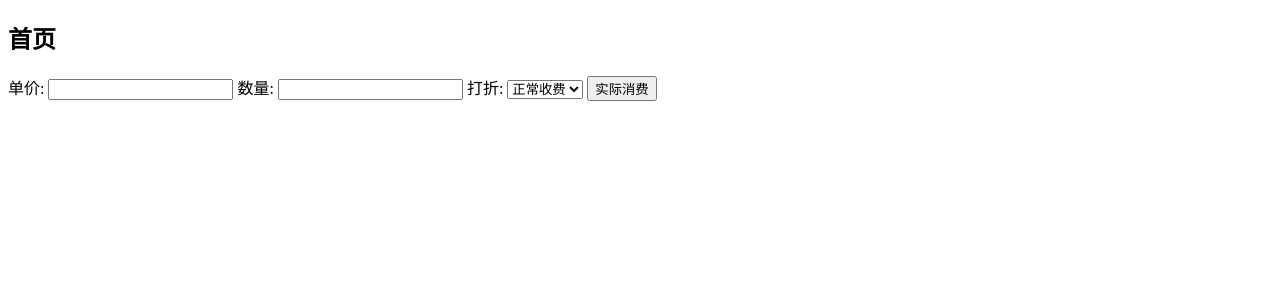
Repository: iamsongpeng/java-web-demo
Page: http://localhost/design_pattern/
These files come from the project's save history. The page is drawn as it stood at one moment and after the next save; the edit follows.
The browser window is 1280 px wide. The pictures show the whole page.
The page is served by Tomcat 9.

Above is the page before, as saved 2017-06-09 15:57:40.

After the next save:
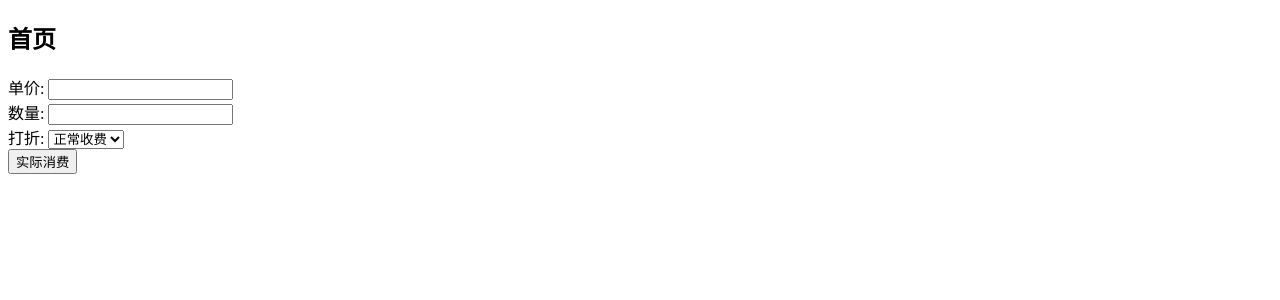
Saved 48 s later.
--- a/design_pattern/WebContent/index.jsp
+++ b/design_pattern/WebContent/index.jsp
@@ -9,15 +9,15 @@
 <body>
 	<h2>首页</h2>
 	<form action="${pageContext.request.contextPath }/actualConsumption" method="post">
-		单价: <input type="text" name="txtPrice">
-		数量: <input type="text" name="txtNum">
+		单价: <input type="text" name="txtPrice"><br/>
+		数量: <input type="text" name="txtNum"><br/>
 		打折: <select name="addRange">
 			<option value="0">正常收费</option>
 			<option value="1">打八折</option>
 			<option value="2">打七折</option>
 			<option value="3">打五折</option>
-		</select>
-		<input type="submit" value="实际消费">
+		</select><br/>
+		<input type="submit" value="实际消费"><br/>
 	</form>
 </body>
 </html>
